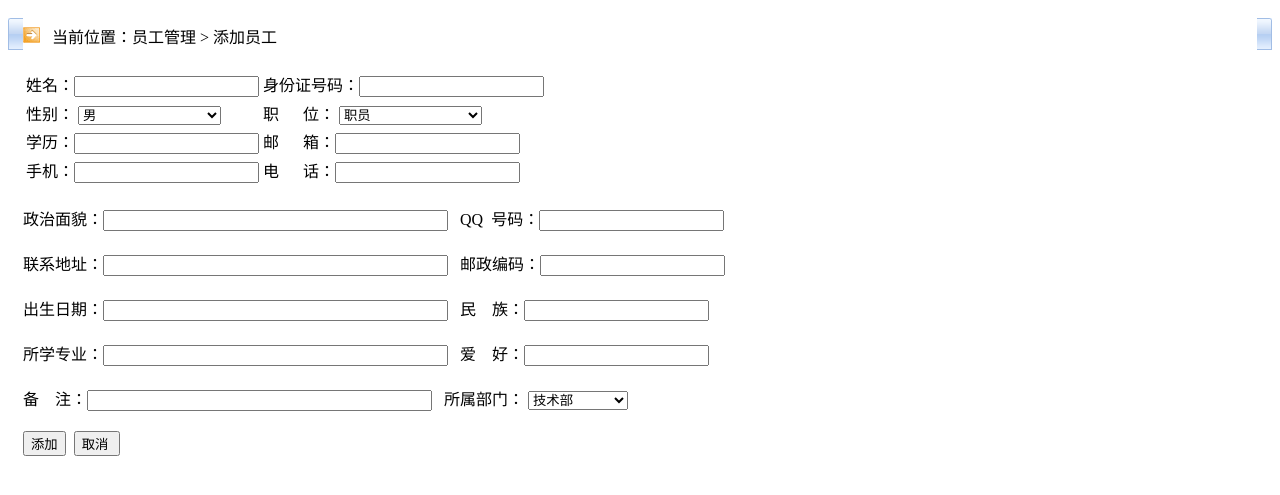
Repository: YUNjwyao/vue_hrm
Page: /#/employee
The author's editor kept a copy of each file at every save. The page is drawn from the files as they stood at one save, then again after the next save.
The browser window is 1280 px wide. The pictures show the whole page.
The project was rebuilt for these pictures with package versions that can differ from the ones it lists, and the page was loaded fresh each time.

Above is the page before, as saved 2020-10-15 16:24:17.

After the next save:
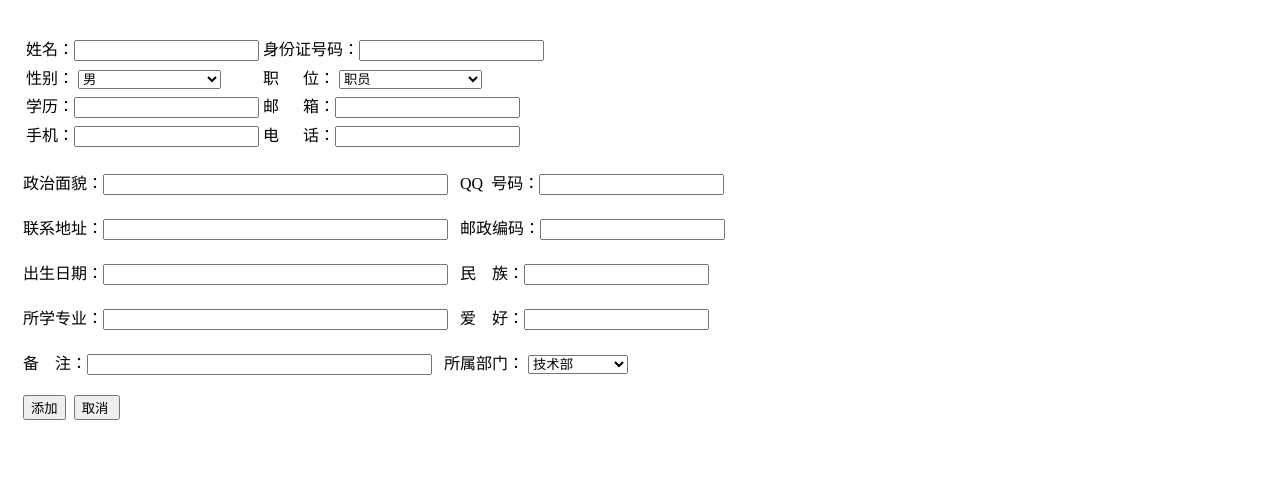
Saved 109 s later.
--- a/src/components/Employee/EmployeeQuery.vue
+++ b/src/components/Employee/EmployeeQuery.vue
@@ -3,9 +3,9 @@
     <table width="100%" border="0" cellpadding="0" cellspacing="0">
   <tr><td height="10"></td></tr>
   <tr>
-    <td width="15" height="32"><img src="../images/main_locleft.gif" width="15" height="32"></td>
+    <!-- <td width="15" height="32"><img src="../images/main_locleft.gif" width="15" height="32"></td>
 	<td class="main_locbg font2"><img src="../images/pointer.gif">&nbsp;&nbsp;&nbsp;当前位置：员工管理  &gt; 添加员工</td>
-	<td width="15" height="32"><img src="../images/main_locright.gif" width="15" height="32"></td>
+	<td width="15" height="32"><img src="../images/main_locright.gif" width="15" height="32"></td> -->
   </tr>
 </table>
 <table width="100%" height="90%" border="0" cellpadding="5" cellspacing="0" class="main_tabbor">

After the save that followed:
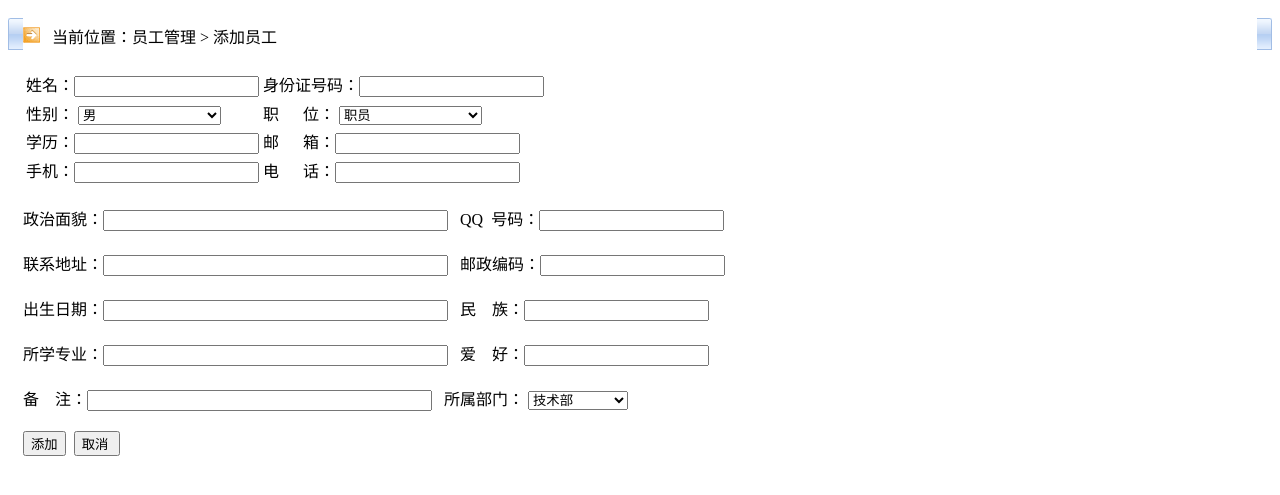
Saved 6 min 27 s later.
--- a/src/components/Employee/EmployeeQuery.vue
+++ b/src/components/Employee/EmployeeQuery.vue
@@ -3,9 +3,9 @@
     <table width="100%" border="0" cellpadding="0" cellspacing="0">
   <tr><td height="10"></td></tr>
   <tr>
-    <!-- <td width="15" height="32"><img src="../images/main_locleft.gif" width="15" height="32"></td>
-	<td class="main_locbg font2"><img src="../images/pointer.gif">&nbsp;&nbsp;&nbsp;当前位置：员工管理  &gt; 添加员工</td>
-	<td width="15" height="32"><img src="../images/main_locright.gif" width="15" height="32"></td> -->
+    <td width="15" height="32"><img src="../../assets/images/main_locleft.gif" width="15" height="32"></td>
+	<td class="main_locbg font2"><img src="../../assets/images/pointer.gif">&nbsp;&nbsp;&nbsp;当前位置：员工管理  &gt; 添加员工</td>
+	<td width="15" height="32"><img src="../../assets/images/main_locright.gif" width="15" height="32"></td>
   </tr>
 </table>
 <table width="100%" height="90%" border="0" cellpadding="5" cellspacing="0" class="main_tabbor">
